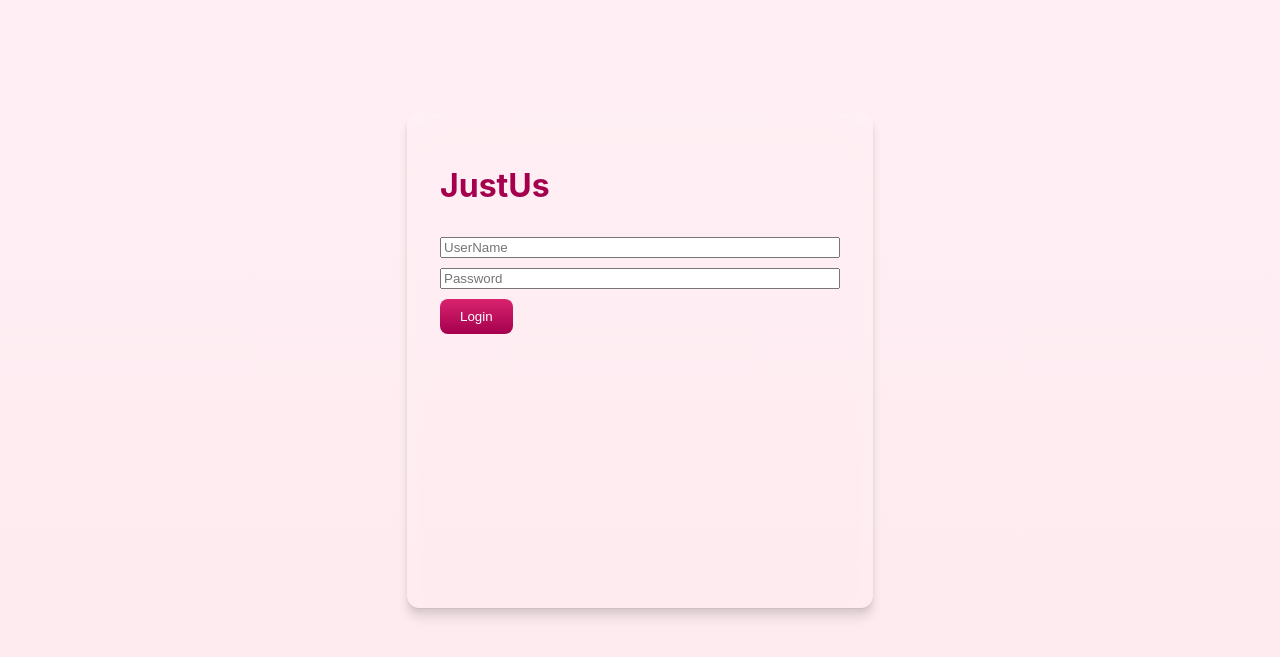
Repository: AfifaNoor/JustUs_ReactJs
Page: /
An editor plug-in stored every save of this project. The page is shown before and after the next save, followed by the edit.
The browser window is 1280 px wide. The pictures show the whole page.
The project was rebuilt for these pictures with package versions that can differ from the ones it lists, and the page was loaded fresh each time.

Above is the page before, as saved 2025-07-14 15:47:52.

### public/index.html
<!DOCTYPE html>
<html lang="en">
  <head>
    <meta charset="utf-8" />
    <link rel="icon" href="%PUBLIC_URL%/favicon.ico" />
    <meta name="viewport" content="width=device-width, initial-scale=1" />
    <meta name="theme-color" content="#000000" />
    <meta
      name="description"
      content="Web site created using create-react-app"
    />
    <link rel="apple-touch-icon" href="%PUBLIC_URL%/logo192.png" />
    <!--
      manifest.json provides metadata used when your web app is installed on a
      user's mobile device or desktop. See https://developers.google.com/web/fundamentals/web-app-manifest/
    -->
    <link rel="manifest" href="%PUBLIC_URL%/manifest.json" />
    <!--
      Notice the use of %PUBLIC_URL% in the tags above.
      It will be replaced with the URL of the `public` folder during the build.
      Only files inside the `public` folder can be referenced from the HTML.

      Unlike "/favicon.ico" or "favicon.ico", "%PUBLIC_URL%/favicon.ico" will
      work correctly both with client-side routing and a non-root public URL.
      Learn how to configure a non-root public URL by running `npm run build`.
    -->
    <title>Just Us</title>
  </head>
  <body>
    <noscript>You need to enable JavaScript to run this app.</noscript>
    <div id="root"></div>
    <!--
      This HTML file is a template.
      If you open it directly in the browser, you will see an empty page.

      You can add webfonts, meta tags, or analytics to this file.
      The build step will place the bundled scripts into the <body> tag.

      To begin the development, run `npm start` or `yarn start`.
      To create a production bundle, use `npm run build` or `yarn build`.
    -->
  </body>
</html>

### src/App.js
import React from 'react'
import LoginPage from './LoginPage'

const App = () => {
  return (
    <div>
      <LoginPage/>
    </div>
  )
}

export default App

### src/LoginPage.jsx
import React from 'react';
import "./LoginPage.css"

const LoginPage = () => {
  return (
    <div className='login-container'>
      <form className='form-container'>
      <div className='logo'>
        <h1> JustUs </h1>
      </div>
      <input
      className='form-input'
      type='text'
      placeholder='UserName'
      required

      />
      <input
      className='form-input'
      type='password'
      placeholder='Password'
      required

      />
      <div>
        <button className='btn-login'> Login</button>
      </div>

      </form>
    </div>
  )
}

export default LoginPage

### src/LoginPage.css
.login-container {
  width: 100%;
  height: 100vh;
  opacity: 1;
  transform: rotate(0deg);
  display: flex;
  justify-content: center;
  align-items: center;
  background: linear-gradient(#FFEFF4, #FDEAEF);
  flex-direction: column;
  position: relative;


}

h1,h2,h3 {
  color: #A4004E;
}

.btn-login {
  background: linear-gradient(180deg, #D9236E 0%, #A4004E 100%);
  color: #ffffff;
  border: none;
  padding: 10px 20px;
  border-radius: 8px;
}

.form-container{
    width: 400px;
    height: 430px;
    border-radius: 12px;
    padding: 32px;
    gap:10px;
    flex-direction: column;
    display: flex;
    z-index: 1;
    border: 1px solid transparent;
    border-image-slice: 1;
    box-shadow:
  0px 10px 10px 0px rgba(0, 0, 0, 0.10),
  0px 4px 4px 0px rgba(0, 0, 0, 0.05),
  0px 1px 0px 0px rgba(0, 0, 0, 0.05),
  inset 0px 20px 50px 0px rgba(255, 255, 255, 0.15);
}

Loaded but not shown: src/index.js (common file); src/index.css (common file); src/reportWebVitals.js (common file)

After the next save:
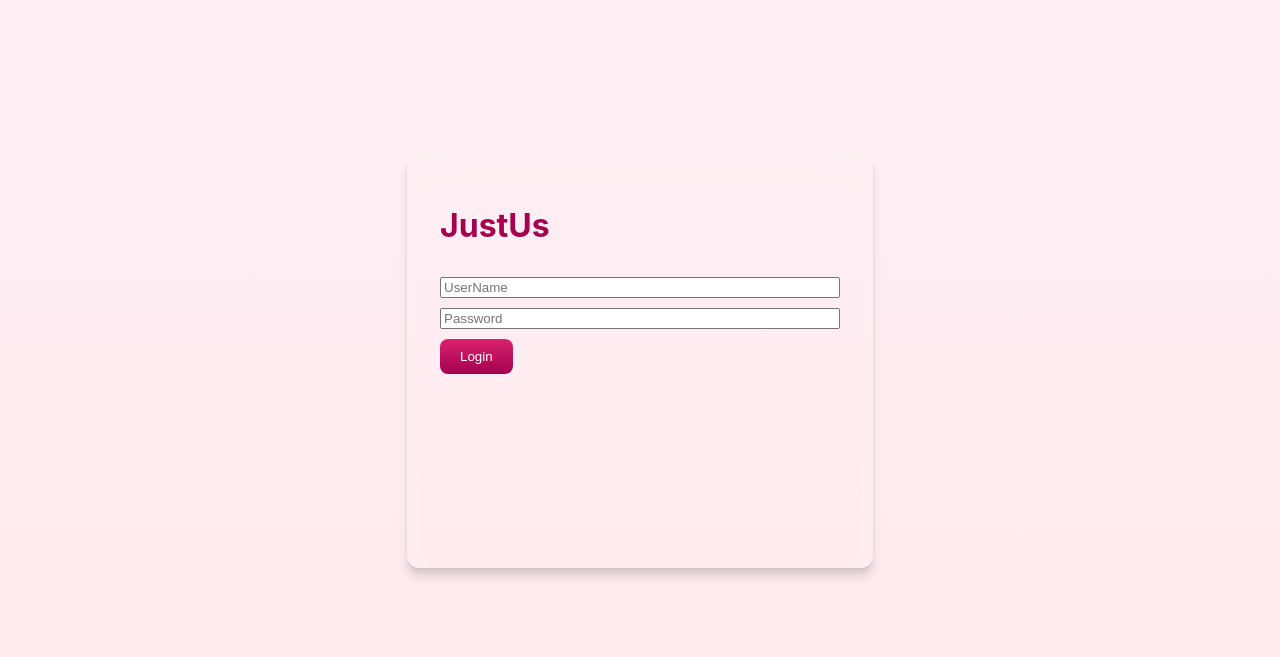
Saved 37 s later.
--- a/src/LoginPage.css
+++ b/src/LoginPage.css
@@ -27,7 +27,7 @@
 
 .form-container{
     width: 400px;
-    height: 430px;
+    height: 350px;
     border-radius: 12px;
     padding: 32px;
     gap:10px;
